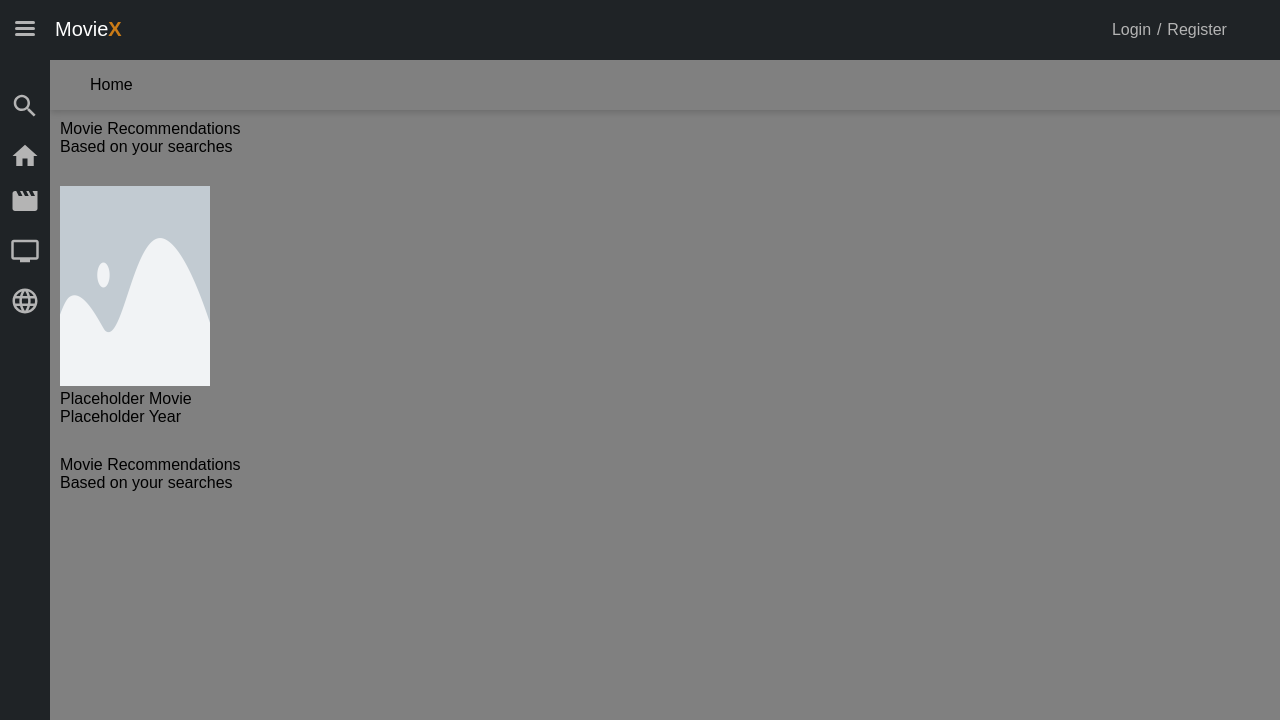
Repository: Amad-Mlinka/MovieTVBrowserNext
Page: /
These files come from the project's save history. The page is drawn as it stood at one moment and after the next save; the edit follows.
The browser window is 1280 px wide. The pictures show the whole page.
The project was rebuilt for these pictures with package versions that can differ from the ones it lists, and the page was loaded fresh each time. The framework's server and built-in components were replaced by stand-ins that run in the browser. Also part of the build but not shown: next.config.js.

Above is the page before, as saved 2021-08-06 21:55:58.

After the next save:
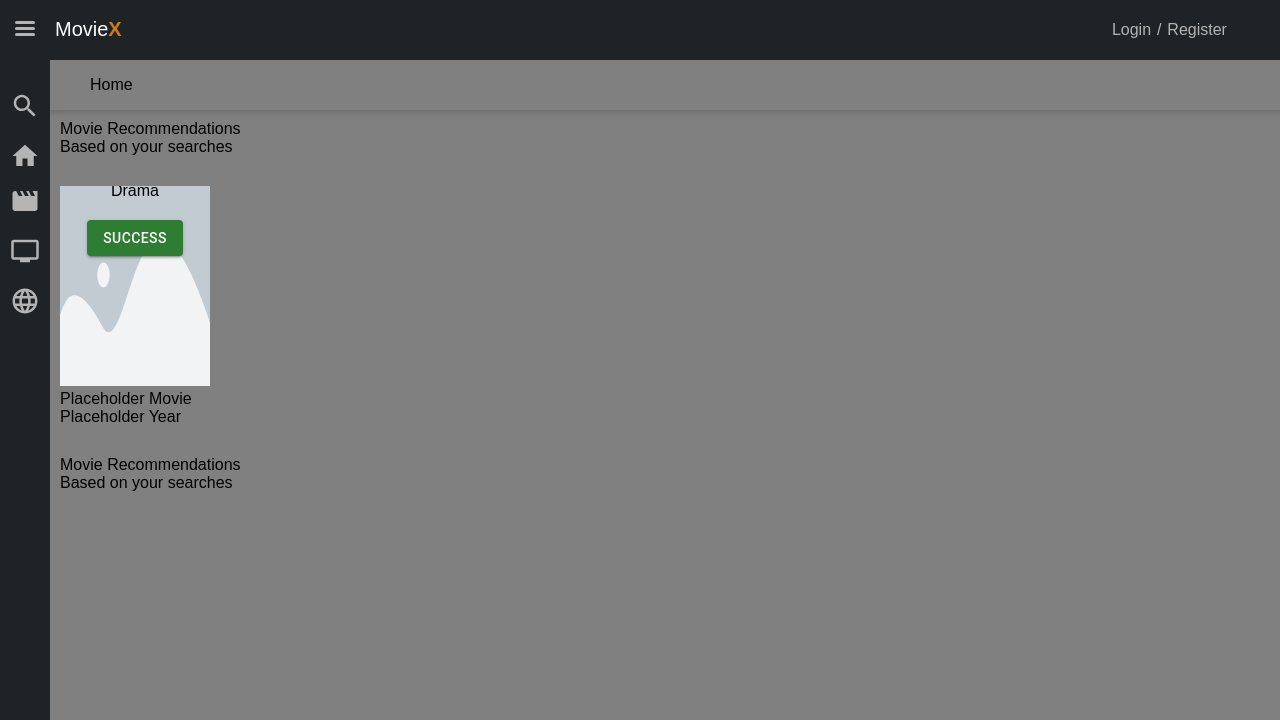
Saved 19 s later.
--- a/styles/Home.module.scss
+++ b/styles/Home.module.scss
@@ -38,7 +38,7 @@
   height: fit-content;
   &:hover{
     .mediaOverlay{
-      bottom: 0;
+      bottom: 0px;
     }
   }
 
@@ -51,7 +51,7 @@
 
 .mediaOverlay {
   position: absolute;
-  bottom: 100;
+  bottom: 100px;
   width: 100%;
   height: 100%;
   display: flex;
